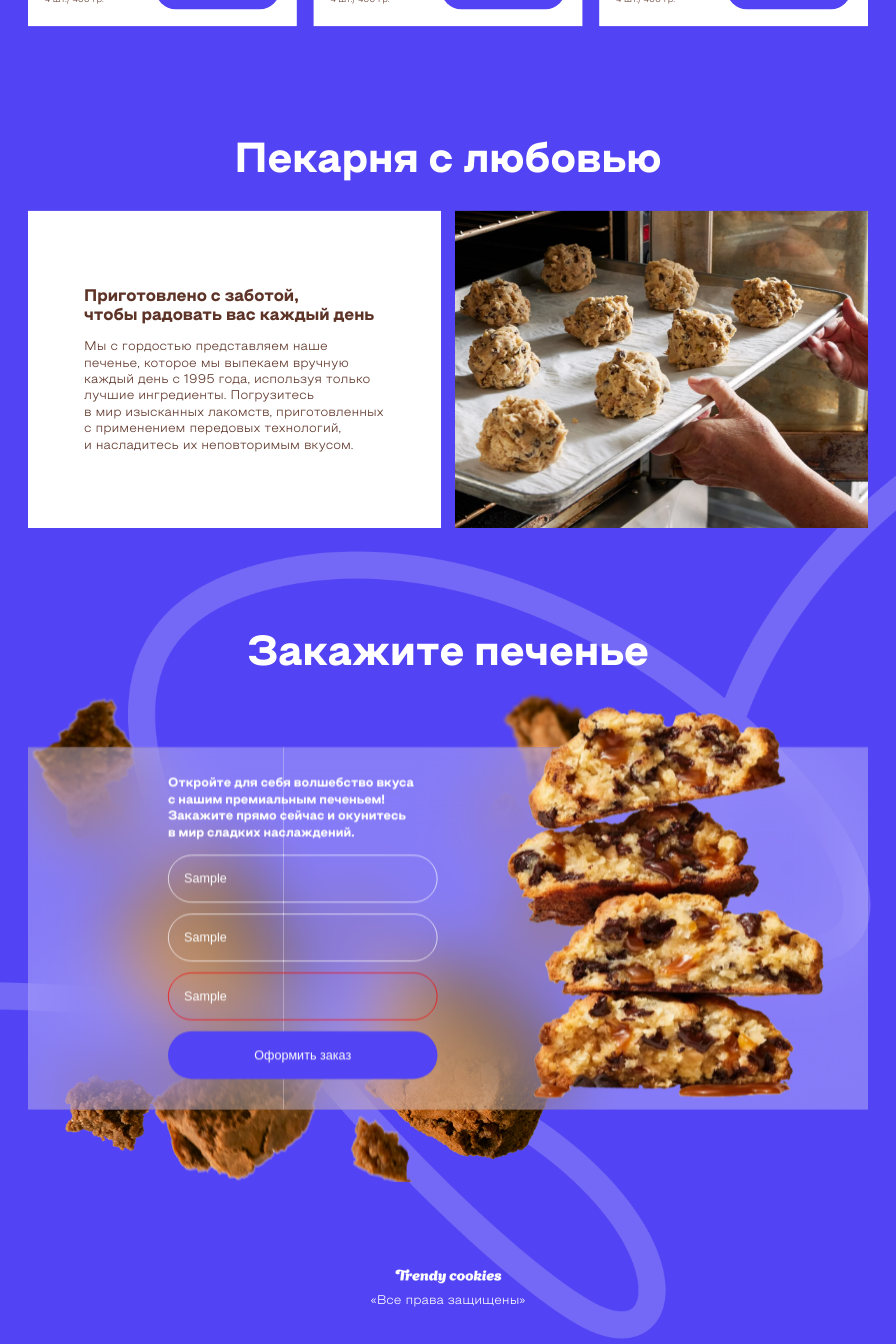
Repository: Albert24-Front-end/cookies-JS
Page: index.html
An editor plug-in stored every save of this project. The page is shown before and after the next save, followed by the edit.
The browser window is 1280 px wide. The pictures show the part of the page from y = 3276 to 5196 px (the page is 5196 px tall), at 70% of full size.
Empty fields were first filled with sample values (such as "Sample", 5 or name@example.com).
After loading, the first visible `#order-action` was clicked once.

Above is the page before, as saved 2025-01-27 14:55:30.

After the next save:
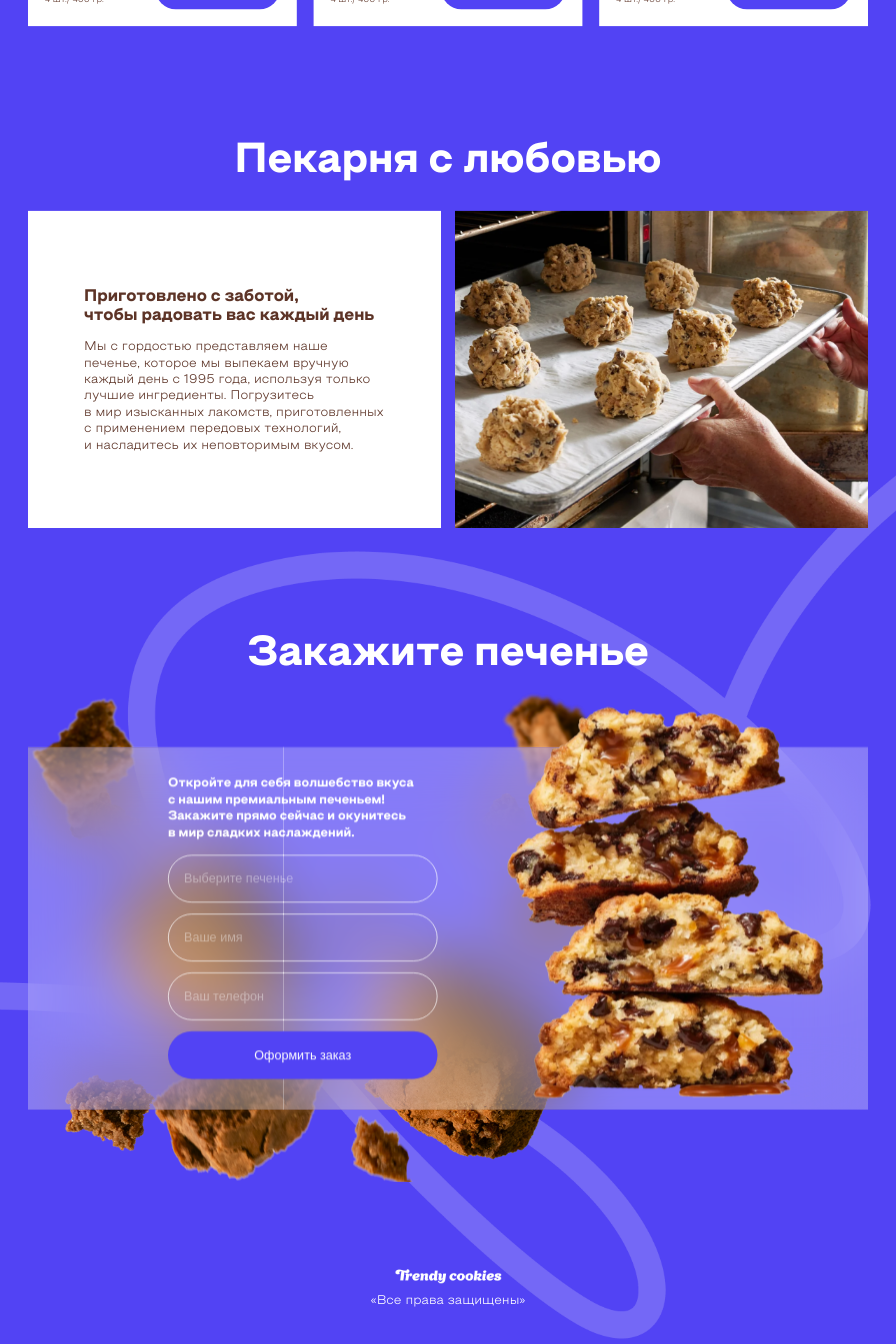
Saved 6 s later.
--- a/script.js
+++ b/script.js
@@ -52,36 +52,25 @@
 }
 // Валидация запроса
 const productField = document.getElementById('product');
-const nameField = document.getElementById('name');
-const phoneField = document.getElementById('phone');
-
-document.getElementById('order-action').addEventListener('click', ()=>{
-    const fields = [productField, nameField, phoneField];
-    let hasEmptyFields = false;
-    let phoneError = false;
-
-    fields.forEach((field) => {
-        if (!field.value) {
-            field.style.borderColor = "red";
-            hasEmptyFields = true;
+const product = document.getElementById('product');
+const name = document.getElementById('name');
+const phone = document.getElementById('phone');
+document.getElementById('order-action').addEventListener('click', inputs_validation)
+function inputs_validation() {
+    let error = false;
+    let inputs_Array = [product, name, phone]
+    inputs_Array.forEach(item => {
+        if (!item.value) {
+            item.style.borderColor = "red";
+            error = true;
         }
-        else {field.style.borderColor = "";}
+        else {item.style.borderColor = "";}
     });
 
-    if (hasEmptyFields) {
-        alert("Заполните, пожалуйста, все поля");
-        return;
-    }
-
-    if(phoneField.value.trim().length < 10) {
-        phoneField.style.borderColor = "red";
-        phoneError = true;
-        alert("В номере телефона должно быть минимум 10 символов");
-        return;
-    }
-
-    if(!hasEmptyFields || !phoneError) {
-        fields.forEach((field) => {field.value = ""});
+    if (!error) {
+        inputs_Array.forEach(item => {
+            item.value =""
+        });
         alert("Спасибо за заказ! Мы скоро свяжемся с Вами!")
     }
-})
+}

After the 2 saves that followed:
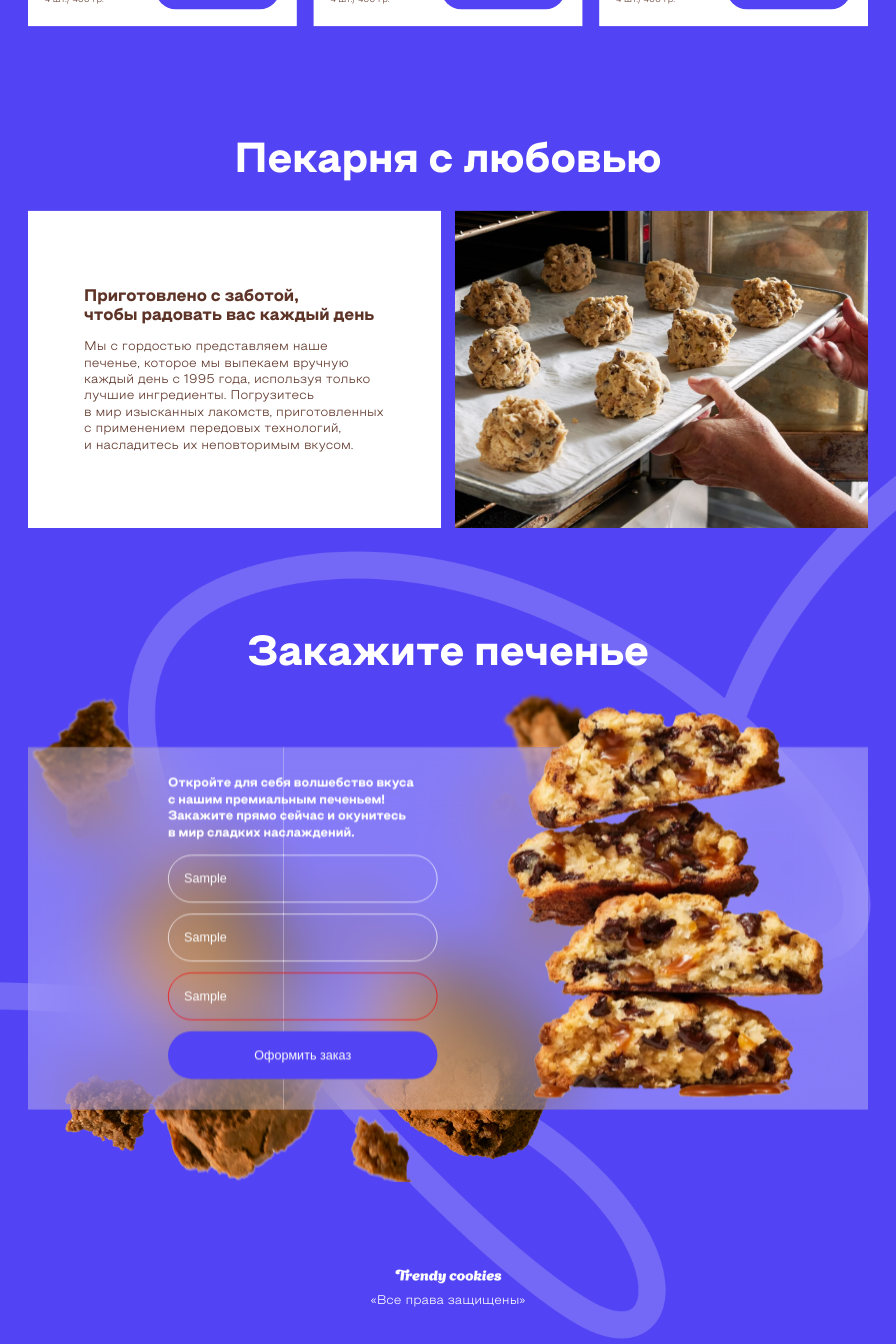
The 2 saves are shown as one change because they came seconds apart.
The last was saved 22 s later.
--- a/script.js
+++ b/script.js
@@ -52,25 +52,36 @@
 }
 // Валидация запроса
 const productField = document.getElementById('product');
-const product = document.getElementById('product');
-const name = document.getElementById('name');
-const phone = document.getElementById('phone');
-document.getElementById('order-action').addEventListener('click', inputs_validation)
-function inputs_validation() {
-    let error = false;
-    let inputs_Array = [product, name, phone]
-    inputs_Array.forEach(item => {
-        if (!item.value) {
-            item.style.borderColor = "red";
-            error = true;
+const nameField = document.getElementById('name');
+const phoneField = document.getElementById('phone');
+
+document.getElementById('order-action').addEventListener('click', ()=>{
+    const fields = [productField, nameField, phoneField];
+    let hasEmptyFields = false;
+    let phoneError = false;
+
+    fields.forEach((field) => {
+        if (!field.value) {
+            field.style.borderColor = "red";
+            hasEmptyFields = true;
         }
-        else {item.style.borderColor = "";}
+        else {field.style.borderColor = "";}
     });
 
-    if (!error) {
-        inputs_Array.forEach(item => {
-            item.value =""
-        });
+    if (hasEmptyFields) {
+        alert("Заполните, пожалуйста, все поля");
+        return;
+    }
+
+    if(phoneField.value.trim().length < 10) {
+        phoneField.style.borderColor = "red";
+        phoneError = true;
+        alert("В номере телефона должно быть минимум 10 символов");
+        return;
+    }
+
+    if(!hasEmptyFields || !phoneError) {
+        fields.forEach((field) => {field.value = ""});
         alert("Спасибо за заказ! Мы скоро свяжемся с Вами!")
     }
-}
+})
